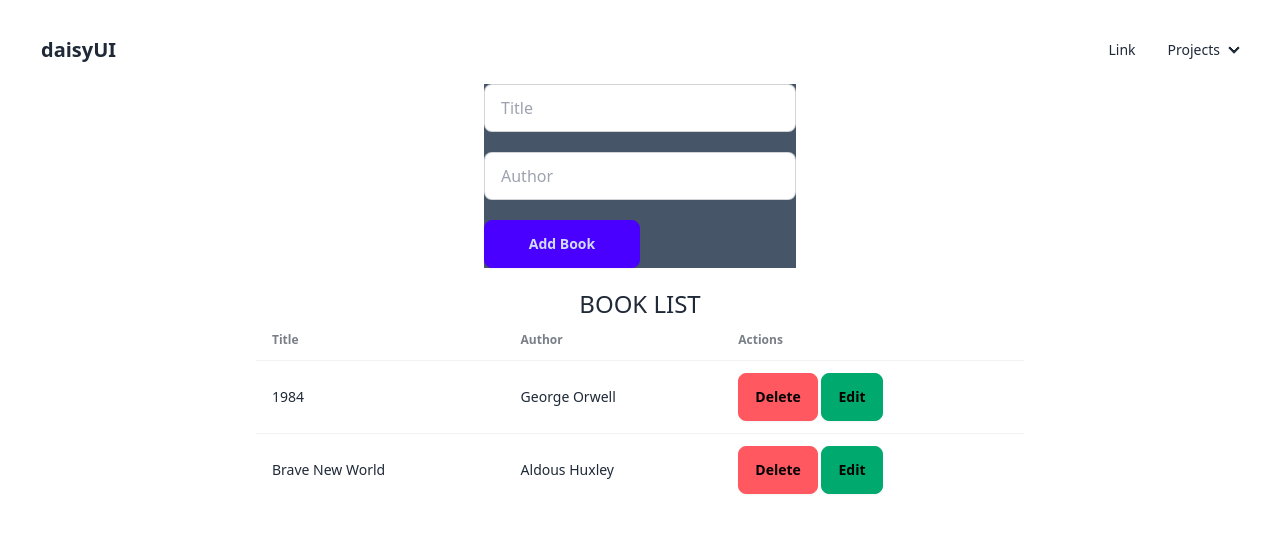
Repository: sibi24sibi/Crud-app-svelte
Page: /
The author's editor kept a copy of each file at every save. The page is drawn from the files as they stood at one save, then again after the next save.
The browser window is 1280 px wide. The pictures show the whole page.
The project was rebuilt for these pictures with package versions that can differ from the ones it lists, and the page was loaded fresh each time. Also part of the build but not shown: svelte.config.js, vite.config.js.

Above is the page before, as saved 2024-06-30 19:11:07.

### index.html
<!doctype html>
<html lang="en" data-theme="light">
  <head>
    <meta charset="UTF-8" />
    <link rel="icon" type="image/svg+xml" href="/vite.svg" />
    <meta name="viewport" content="width=device-width, initial-scale=1.0" />
    <title>Vite + Svelte</title>
  </head>
  <body>
    <div id="app"></div>
    <script type="module" src="/src/main.js"></script>
  </body>
</html>

### src/App.svelte
<script>
  import Navbar from "./Components/Navbar.svelte";

  import AddBook from "./Components/AddBook.svelte";
  import BookList from "./Components/BookList.svelte";
</script>

<main>
  <Navbar />

  <AddBook />
  <BookList />
</main>

<style>
  main {
    text-align: center;
    padding: 1em;
    margin: 0 auto;
  }
</style>

### src/Components/Navbar.svelte
<script></script>

<body>
  <div class="navbar bg-base-100">
    <div class="flex-1">
      <a class="btn btn-ghost text-xl">daisyUI</a>
    </div>
    <div class="flex-none">
      <ul class="menu menu-horizontal px-1">
        <li><a>Link</a></li>
        <li>
          <details>
            <summary>Projects</summary>
            <ul class="bg-base-100 rounded-t-none p-2">
              <li><a>Video player</a></li>
              <li><a>data entry</a></li>
            </ul>
          </details>
        </li>
      </ul>
    </div>
  </div>
</body>

<style>
</style>

### src/Components/AddBook.svelte
<script>
  import { books } from "./BookStore.js";
  let title = "";
  let author = "";

  function addBook() {
    books.update((items) => [
      ...items,
      { id: items.length ? items[items.length - 1].id + 1 : 1, title, author },
    ]);
    title = "";
    author = "";
  }
</script>

<div class="flex flex-col mx-auto gap-5 bg-slate-600 w-1/4">
  <input
    placeholder="Title"
    class="input input-bordered w-full max-w-xs"
    bind:value={title}
  />
  <input
    placeholder="Author"
    class="input input-bordered w-full max-w-xs"
    bind:value={author}
  />
  <button class="btn btn-primary w-1/2 object-left" {addBook}>Add Book</button>
</div>

### src/Components/BookList.svelte
<script>
  import { books } from "./BookStore.js";
  let editableBook = null;

  function deleteBook(id) {
    books.update((items) => items.filter((item) => item.id !== id));
  }

  function editBook(book) {
    editableBook = { ...book };
  }

  function saveEdit() {
    books.update((items) =>
      items.map((item) => (item.id === editableBook.id ? editableBook : item))
    );
    editableBook = null;
  }
</script>

<div class="overflow-x-auto max-w-3xl mx-auto my-5">
  <h1 class="text-2xl uppercase">Book List</h1>
  <table class="table">
    <thead>
      <tr>
        <th>Title</th>
        <th>Author</th>
        <th>Actions</th>
      </tr>
    </thead>
    <tbody>
      {#each $books as book}
        <tr>
          {#if editableBook && editableBook.id === book.id}
            <td
              ><input
                class="input input-bordered"
                bind:value={editableBook.title}
              /></td
            >

            <td>
              <input
                class="input input-bordered"
                bind:value={editableBook.author}
              /></td
            >
            <td>
              <button class="btn btn-primary" on:click={saveEdit}>Save</button
              ></td
            >
          {:else}
            <td>{book.title} </td> <td> {book.author} </td>
            <td
              ><button
                class="btn btn-error"
                on:click={() => deleteBook(book.id)}>Delete</button
              >
              <button class="btn btn-success" on:click={() => editBook(book)}
                >Edit</button
              ></td
            >
          {/if}
        </tr>
      {/each}
    </tbody>
  </table>
</div>

### src/Components/BookStore.js
import { writable } from "svelte/store";

export const books = writable([
  { id: 1, title: "1984", author: "George Orwell" },
  { id: 2, title: "Brave New World", author: "Aldous Huxley" },
]);

### tailwind.config.js
/** @type {import('tailwindcss').Config} */
export default {
  content: ["./index.html", "./src/**/*.{svelte,js,ts,jsx,tsx}"],
  theme: {
    extend: {},
  },
  plugins: [require("daisyui")],
};

Loaded but not shown: src/main.js (common file); src/app.css (common file)

After the next save:
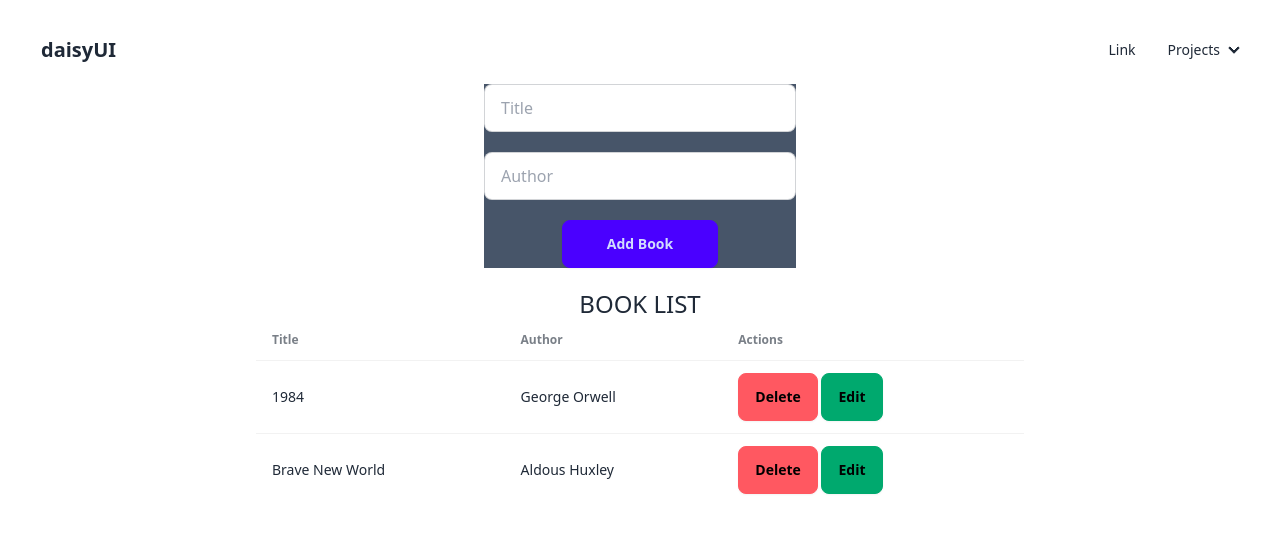
Saved 30 s later.
--- a/src/Components/AddBook.svelte
+++ b/src/Components/AddBook.svelte
@@ -13,7 +13,9 @@
   }
 </script>
 
-<div class="flex flex-col mx-auto gap-5 bg-slate-600 w-1/4">
+<div
+  class="flex flex-col mx-auto gap-5 justify-center items-center bg-slate-600 w-1/4"
+>
   <input
     placeholder="Title"
     class="input input-bordered w-full max-w-xs"
@@ -24,5 +26,5 @@
     class="input input-bordered w-full max-w-xs"
     bind:value={author}
   />
-  <button class="btn btn-primary w-1/2 object-left" {addBook}>Add Book</button>
+  <button class="btn btn-primary w-1/2" {addBook}>Add Book</button>
 </div>
